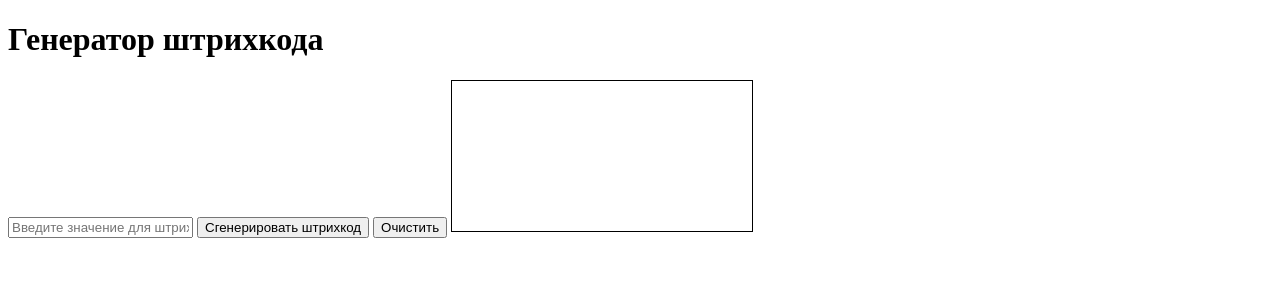
Repository: PavelBokun/barCode
Page: barcode2.html
The author's editor kept a copy of each file at every save. The page is drawn from the files as they stood at one save, then again after the next save.
The browser window is 1280 px wide. The pictures show the whole page.

Above is the page before, as saved 2024-09-04 15:38:00.

After the next save:
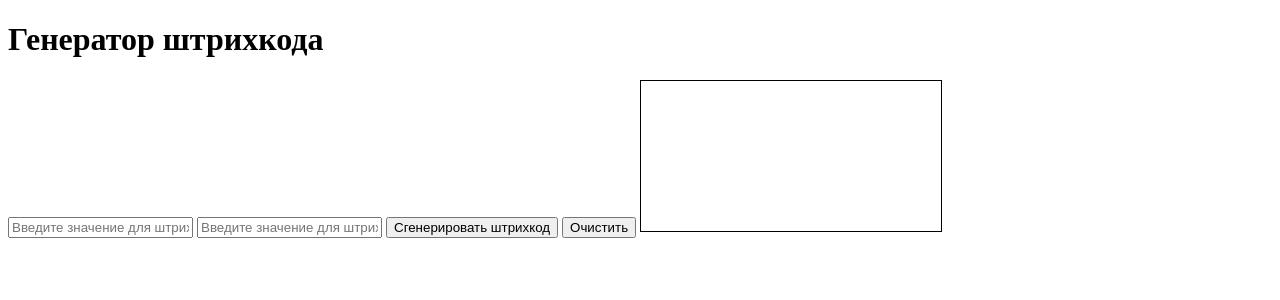
Saved 53 s later.
--- a/barcode2.html
+++ b/barcode2.html
@@ -10,6 +10,8 @@
 <body>
 <h1>Генератор штрихкода</h1>
 <input type="text" id="barcodeValue" placeholder="Введите значение для штрихкода">
+<input type="text" id="barcodeValue" placeholder="Введите значение для штрихкода">
+
 <button onclick="generateBarcode()">Сгенерировать штрихкод</button>
 <button onclick="clearBarcode()">Очистить</button>
 
